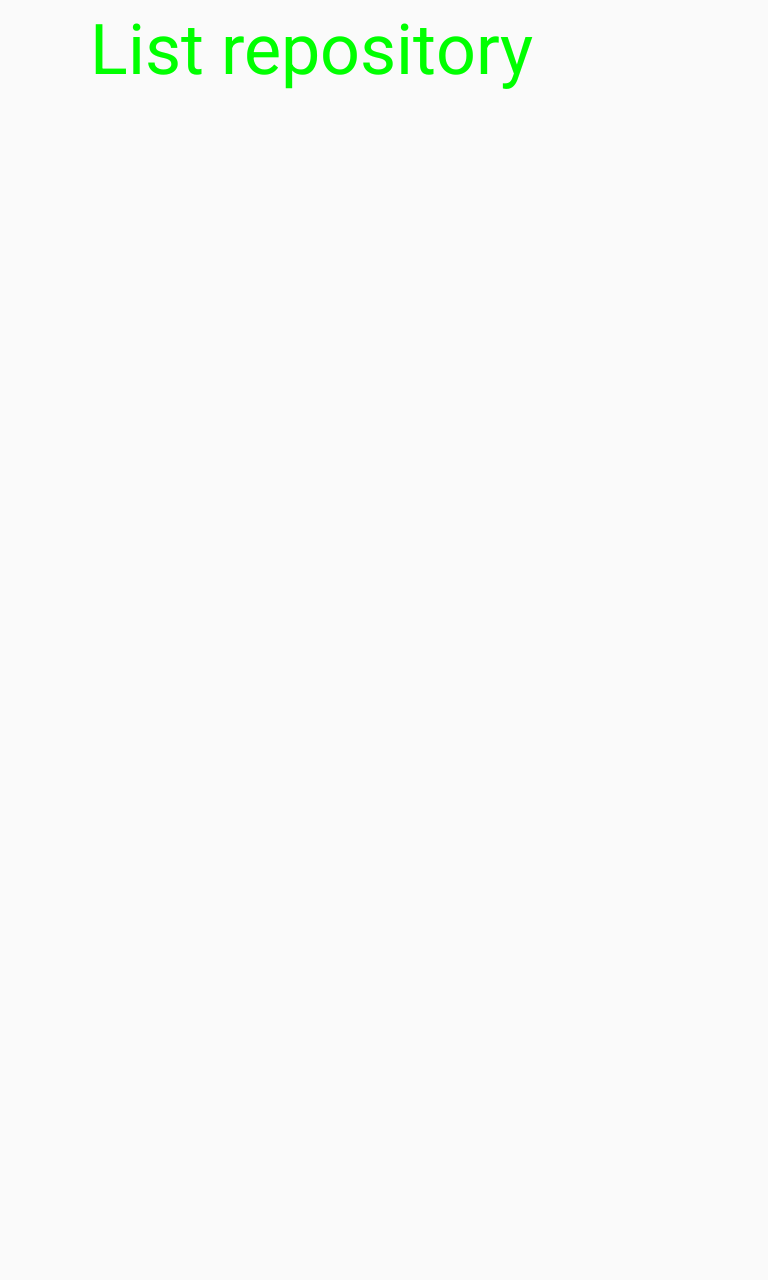
Repository: alexWr/app-rest
Layout: GitHubapp/res/layout/listrep.xml
These files come from the project's save history. The layout is drawn as it stood at one moment and after the next save; the edit follows.
It is drawn on a 768 x 1280 px phone screen (xhdpi) without system bars, with theme AppTheme; the app's code is not run. Lists and similar views that code fills are empty.

Above is the layout before, as saved 2014-10-24 07:28:05.

### GitHubapp/res/layout/listrep.xml
<?xml version="1.0" encoding="utf-8"?>
<LinearLayout xmlns:android="http://schemas.android.com/apk/res/android"
    android:layout_width="match_parent"
    android:layout_height="match_parent"
    android:background="000000"
    android:orientation="vertical" >
    <TextView
	    android:layout_width="match_parent"
	    android:layout_height="wrap_content"
	    android:layout_gravity="center"
	    android:textColor="#00ff00"
	    android:layout_marginLeft="30dp"
	    android:textSize="35sp"
	    android:text="List repository">
	</TextView>
 	<ListView
 		android:id="@+id/lvMain"
 		android:layout_width="match_parent"
 		android:layout_height="wrap_content">
	</ListView>

</LinearLayout>

Loaded but not shown: GitHubapp/res/values/styles.xml (common file); GitHubapp/res/values-v11/styles.xml (common file); GitHubapp/res/values-v14/styles.xml (common file)

After the next save:
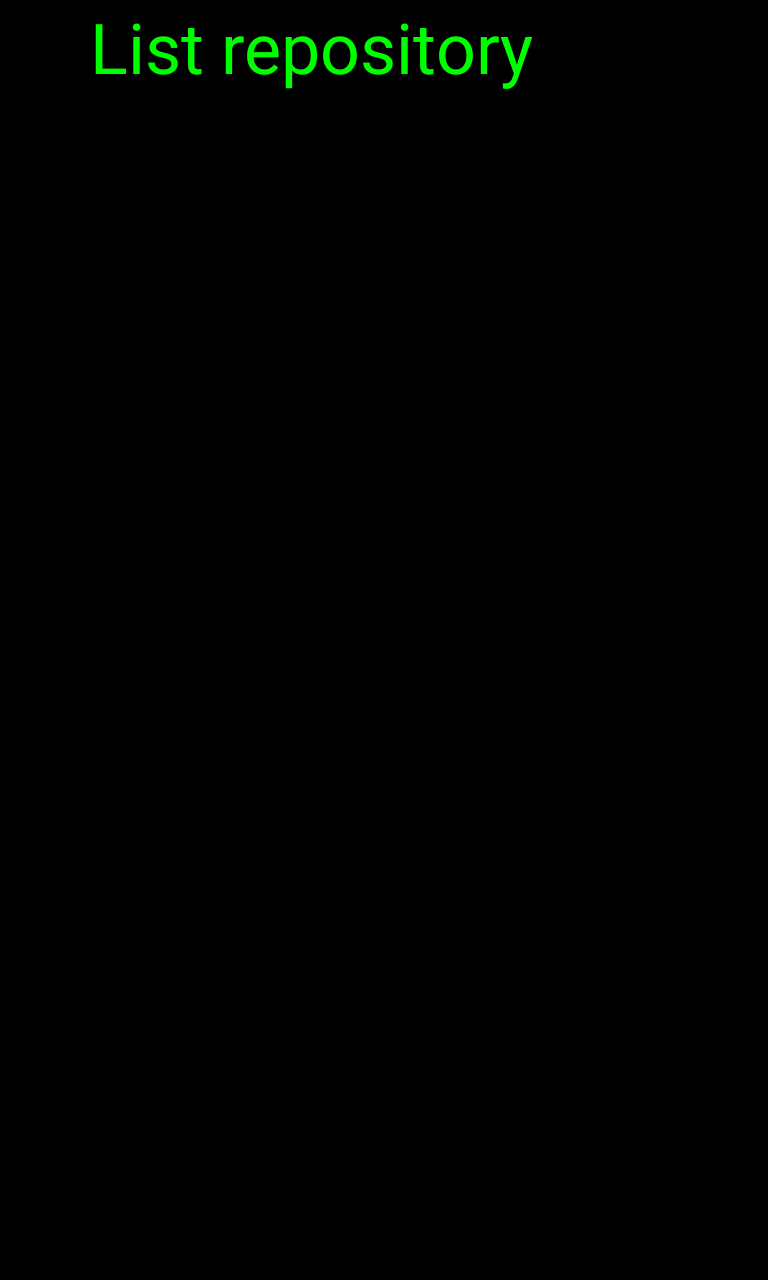
Saved 9 s later.
--- a/GitHubapp/res/layout/listrep.xml
+++ b/GitHubapp/res/layout/listrep.xml
@@ -2,7 +2,7 @@
 <LinearLayout xmlns:android="http://schemas.android.com/apk/res/android"
     android:layout_width="match_parent"
     android:layout_height="match_parent"
-    android:background="000000"
+    android:background="#000000"
     android:orientation="vertical" >
     <TextView
 	    android:layout_width="match_parent"
